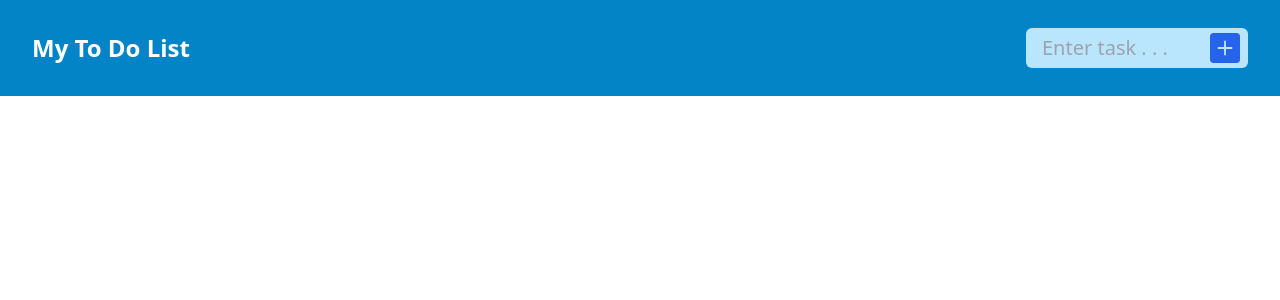
Repository: SaadYasin/react-to-do-list
Page: /
The author's editor kept a copy of each file at every save. The page is drawn from the files as they stood at one save, then again after a run of saves.
The browser window is 1280 px wide. The pictures show the whole page.
The project was rebuilt for these pictures with package versions that can differ from the ones it lists, and the page was loaded fresh each time. Also part of the build but not shown: src/App.css.

Above is the page before, as saved 2022-11-09 20:34:22.

### public/index.html
<!DOCTYPE html>
<html lang="en">
  <head>
    <meta charset="utf-8" />
    <link rel="icon" href="%PUBLIC_URL%/favicon.ico" />
    <meta name="viewport" content="width=device-width, initial-scale=1" />
    <meta name="theme-color" content="#000000" />
    <meta
      name="description"
      content="Web site created using create-react-app"
    />
    <link rel="apple-touch-icon" href="%PUBLIC_URL%/logo192.png" />

    <link rel="manifest" href="%PUBLIC_URL%/manifest.json" />

    <title>React | To Do List</title>
  </head>
  <body>
    <noscript>You need to enable JavaScript to run this app.</noscript>
    <div id="root"></div>

  </body>
</html>

### src/App.js
import Header from './components/Header';
import './App.css';

function App() {
  return (
    <div>
      <Header />
    </div>
  );
}

export default App;

### src/components/Header.js
import React from 'react'
import Input from './Input'

const Header = () => {
  return (
    <div className="flex flex-col items-center md:flex-row md:justify-between h-24 bg-sky-600 px-8">
      <h1 className="text-2xl font-bold text-white my-2">My To Do List</h1>
      <Input />
    </div>
  );
}

export default Header

### src/components/Input.js
import React from "react";
import { BsFillPlusSquareFill } from "react-icons/bs";

const Input = () => {
  return (
    <div>
      <form className="flex h-10 bg-sky-200 rounded-md">
        <input
          type="text"
          placeholder="Enter task . . ."
          className="text-xl bg-transparent text-white px-4 w-44 outline-none"
        />
        <button className="text-3xl text-blue-600 px-2" type="submit">
          <BsFillPlusSquareFill />
        </button>

      </form>
    </div>
  );
};

export default Input;

Loaded but not shown: src/index.js (common file); src/index.css (common file); tailwind.config.js (common file)

After the next 3 saves:
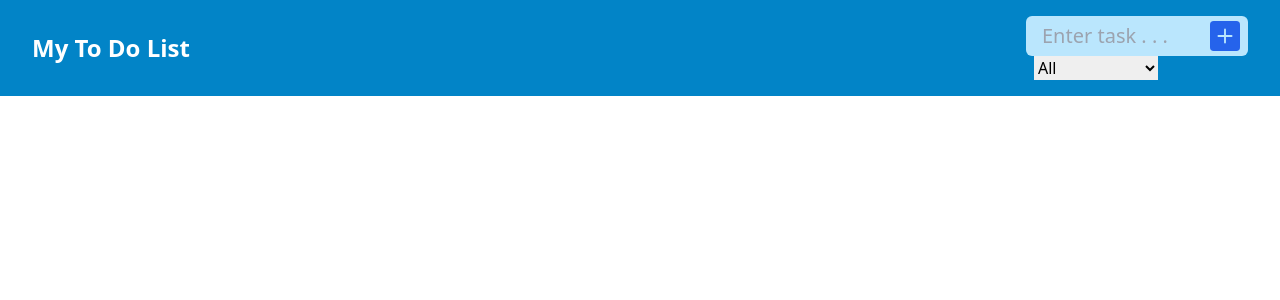
The 3 saves are shown as one change because they came seconds apart.
The last was saved 8 s later.
--- a/src/components/Input.js
+++ b/src/components/Input.js
@@ -13,8 +13,16 @@
         <button className="text-3xl text-blue-600 px-2" type="submit">
           <BsFillPlusSquareFill />
         </button>
+      </form>
 
-      </form>
+      <div className="select ml-2">
+        <select name="todos" id="filter-todos">
+          <option value="all">All</option>
+          <option value="completed">Completed</option>
+          <option value="uncompleted">UnCompleted</option>
+        </select>
+      </div>
+
     </div>
   );
 };
